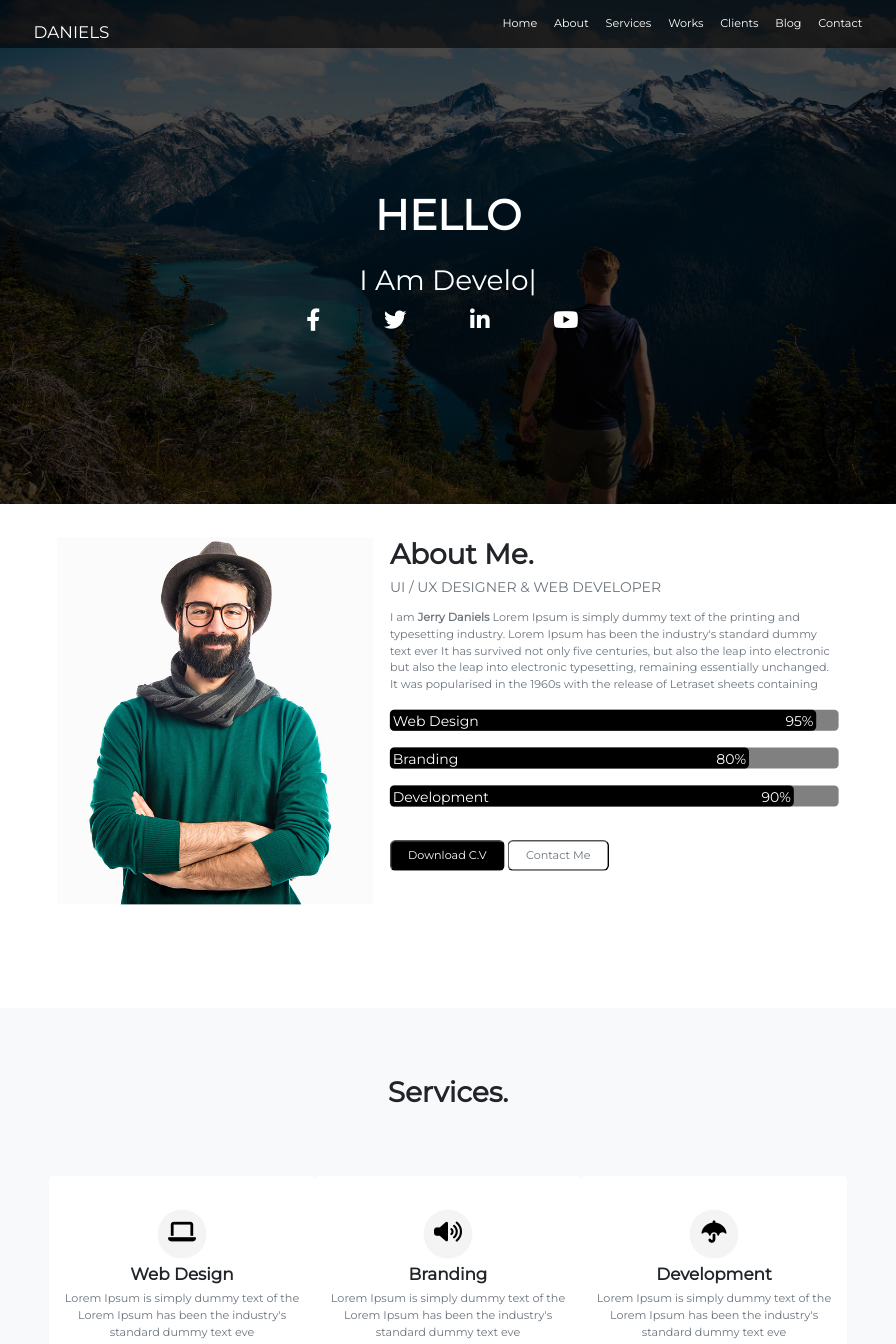
Repository: Souldeer0020/daniels-portofolio
Page: index.html
These files come from the project's save history. The page is drawn as it stood at one moment and after the next save; the edit follows.
The browser window is 1280 px wide. The pictures show the part of the page from y = 0 to 1920 px (the page is 5468 px tall), at 70% of full size.

Above is the page before, as saved 2024-07-14 00:06:00.

After the next save:
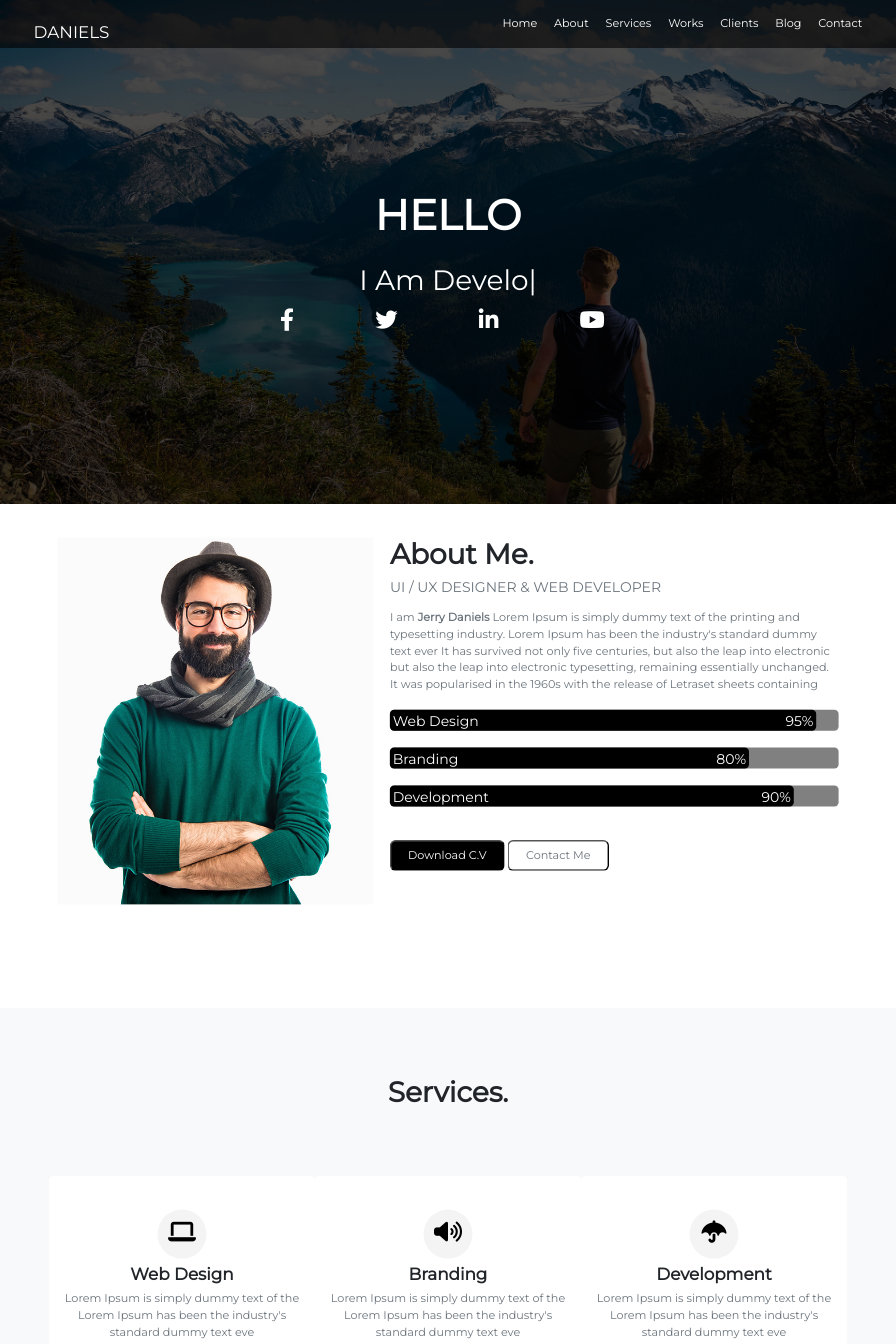
Saved 6 s later.
--- a/index.html
+++ b/index.html
@@ -24,7 +24,7 @@
             <div class="content w-75 text-center d-flex flex-column align-items-center">
                 <h1 class="py-md-4">HELLO</h1>
                 <h2 class="w-100 mb-3">I Am</h2>
-                <div class="icons d-flex justify-content-around">
+                <div class="icons d-flex justify-content-between">
                     <a class="me-3" href=""><i class=" fa-brands fa-facebook-f icon text-center d-flex justify-content-center align-items-center fs-2"></i></a>
                     <a class="me-3" href=""><i class=" fa-brands fa-twitter icon text-center d-flex justify-content-center align-items-center fs-2"></i></a>
                     <a class="me-3" href=""><i class=" fa-brands fa-linkedin-in icon text-center d-flex justify-content-center align-items-center fs-2"></i></a>

After the save that followed:
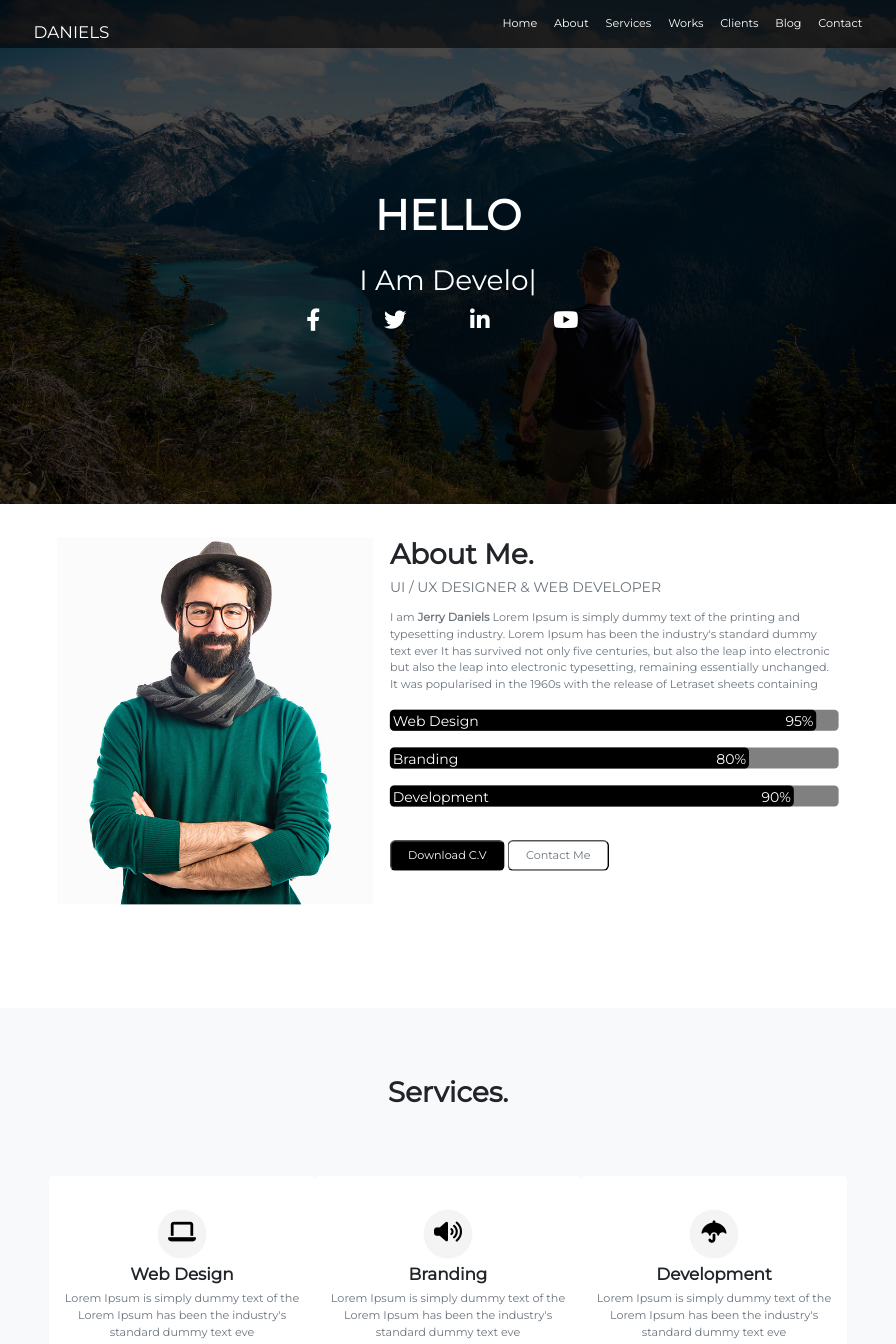
Saved 12 s later.
--- a/index.html
+++ b/index.html
@@ -24,7 +24,7 @@
             <div class="content w-75 text-center d-flex flex-column align-items-center">
                 <h1 class="py-md-4">HELLO</h1>
                 <h2 class="w-100 mb-3">I Am</h2>
-                <div class="icons d-flex justify-content-between">
+                <div class="icons d-flex justify-content-around">
                     <a class="me-3" href=""><i class=" fa-brands fa-facebook-f icon text-center d-flex justify-content-center align-items-center fs-2"></i></a>
                     <a class="me-3" href=""><i class=" fa-brands fa-twitter icon text-center d-flex justify-content-center align-items-center fs-2"></i></a>
                     <a class="me-3" href=""><i class=" fa-brands fa-linkedin-in icon text-center d-flex justify-content-center align-items-center fs-2"></i></a>
